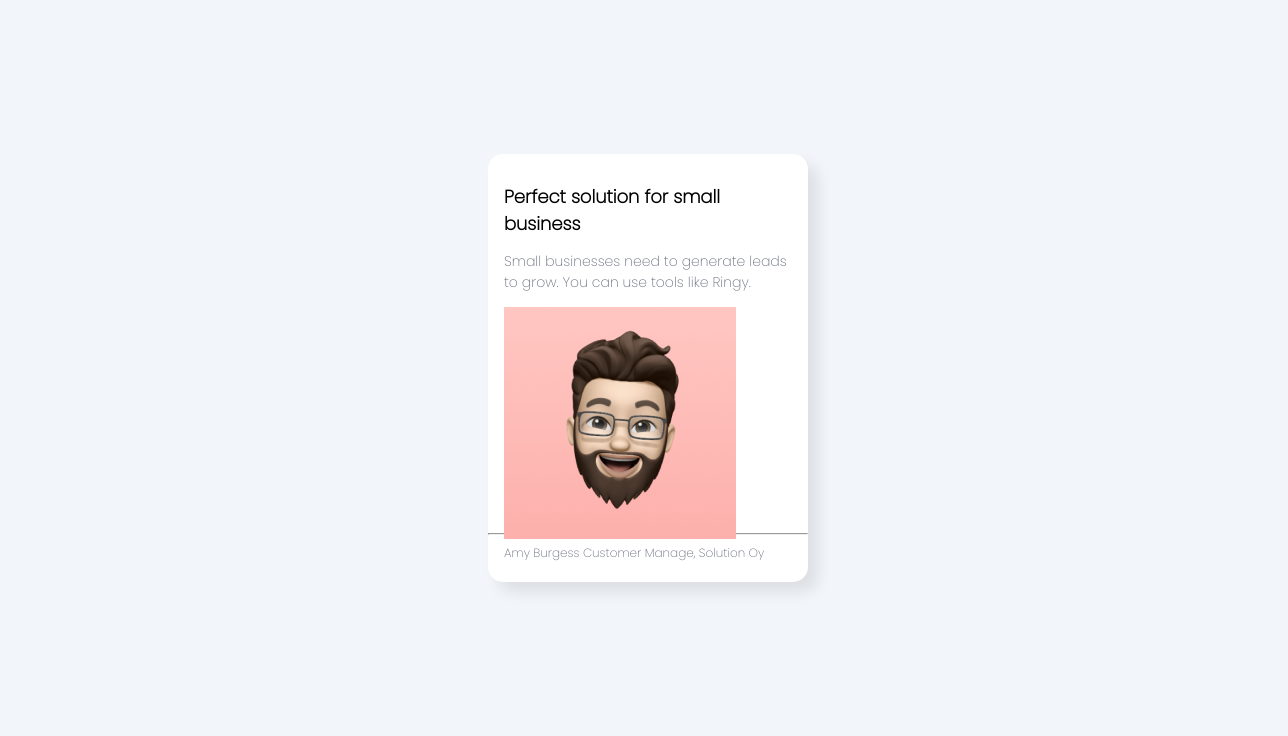
Repository: massndongo/business-blog-card
Page: index.html
These files come from the project's save history. The page is drawn as it stood at one moment and after the next save; the edit follows.
The browser window is 1280 px wide. The page is 1288 px wide, so the pictures cover 1288 px, including what lies to the right of the window. The pictures show the whole page.

Above is the page before, as saved 2023-11-08 03:17:18.

### index.html
<!DOCTYPE html>
<html lang="en">
<head>
    <meta charset="UTF-8">
    <meta name="viewport" content="width=device-width, initial-scale=1.0">
    <link rel="stylesheet" href="css/styles.css">
    <title>Responsive Web Developer Starter - devchallenges.io</title>
    <link rel="icon" href="images/favicon.ico" type="image/x-icon" sizes="any">
</head>
<body>
    <div class="card">
        <div class="imgB"></div>
        <h1 class="title">Perfect solution for small business</h1>
        <p class="corps">Small businesses need to generate leads to grow. You can use tools like Ringy.</p>
        <hr>
        <div class="small">
            <img src="images/avatar-image-business-card.png" alt="" srcset="">
            <div>
                <span>Amy Burgess</span>
                <span>Customer Manage, Solution Oy</span>
            </div>
        </div>
    </div>
</body>
</html>

### css/styles.css
@import url('https://fonts.googleapis.com/css2?family=Poppins:wght@200&display=swa');

* {
    box-sizing: border-box;
    font-family: 'Poppins', sans-serif;
    overflow: hidden;
}

/* Add some styles for body*/
body {
    width: 100%;
    height: 100vh;
    background-color: #F2F5F9;
    display: flex;
    justify-content: center;
    align-items: center;

}

.card{
    position: relative;
    flex-direction: column;
    background-color: #FFFFFF;
    box-shadow: 10px 10px 15px 0px rgba(0, 0, 0, 0.09);
    width: 25%;
    height: auto;
    padding: 16px 16px 20px 16px;
    border-radius: 15px;
}
.card img{}
.title{
    font-size: 18px;

}
.corps{
    font-size: 14px;

}
.small{
    position: relative;
    font-size: 12px;
}
.corps, .small, hr{
    color: #6C727F
}
hr{
    width: 100%;
    height: 1px;
    position: absolute;
    bottom: 9%;
    left: 0;
    right: 0;
    background-color: #6c727f85;
}

@media screen and (max-width: 768px) {
    .card {
        width: 90%;
    }
}

After the next save:
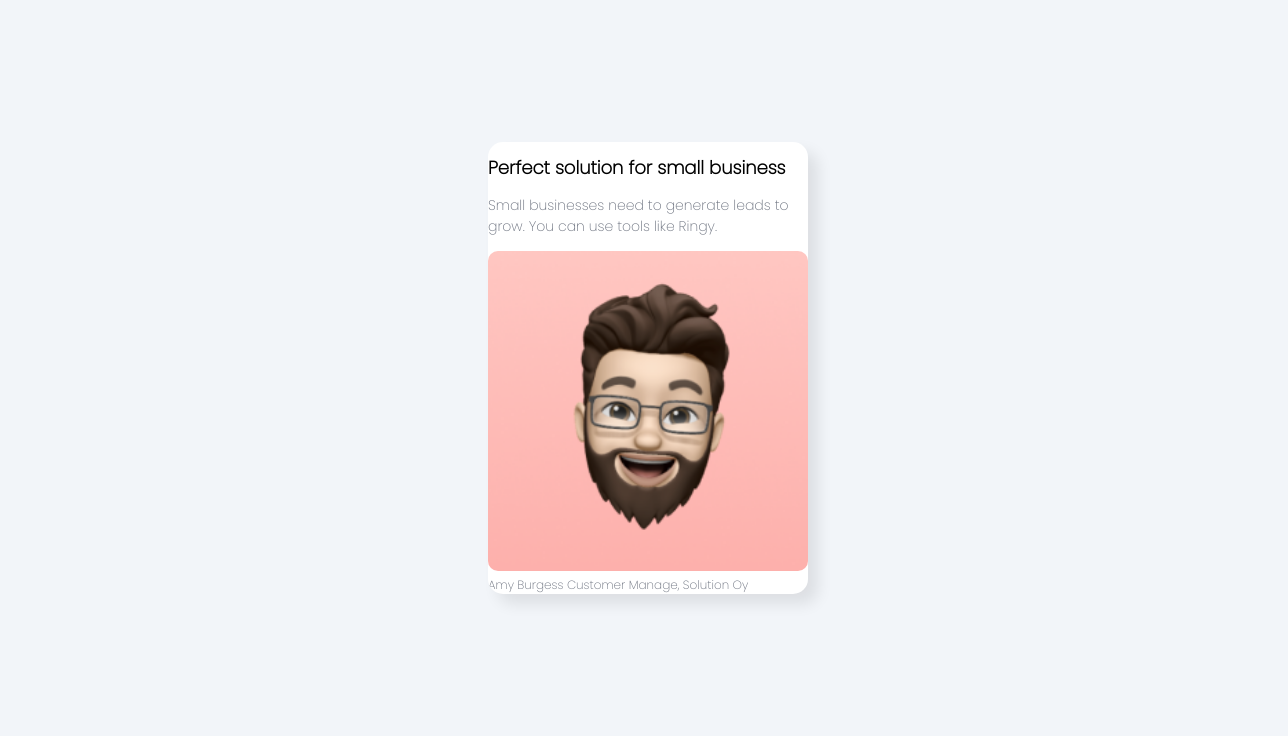
Saved 4 s later.
--- a/css/styles.css
+++ b/css/styles.css
@@ -24,10 +24,12 @@ body {
     box-shadow: 10px 10px 15px 0px rgba(0, 0, 0, 0.09);
     width: 25%;
     height: auto;
-    padding: 16px 16px 20px 16px;
     border-radius: 15px;
 }
-.card img{}
+.card img{
+    width: 100%;
+    border-radius: 10px;
+}
 .title{
     font-size: 18px;
 
